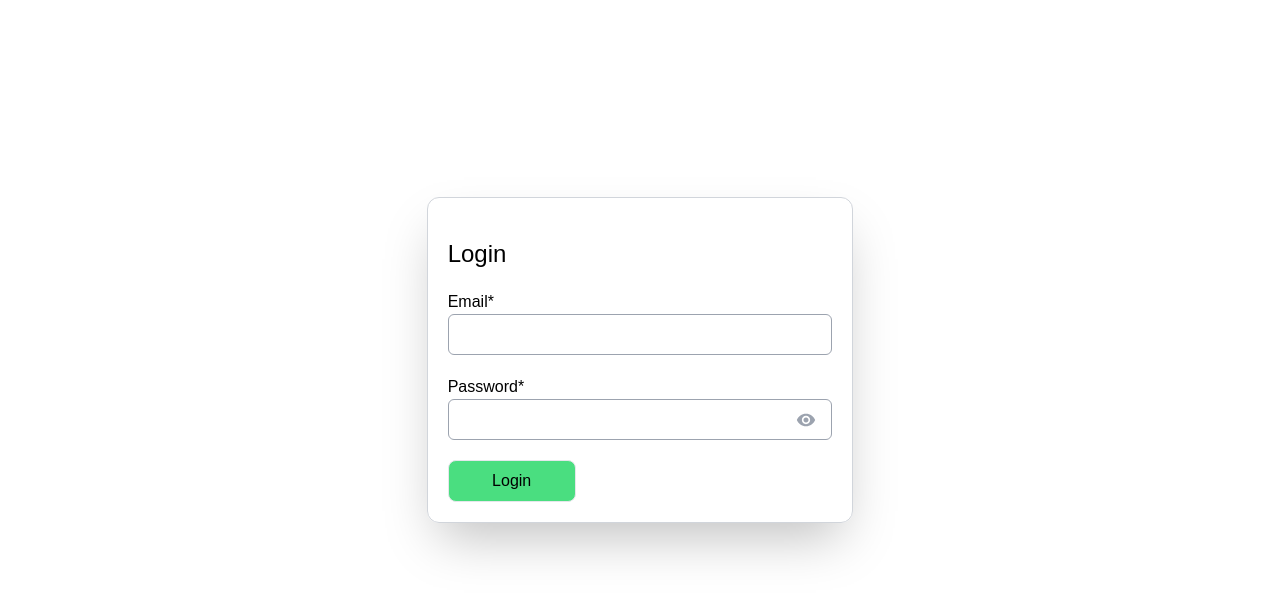
Repository: Qu4ntumGuy/support-ai
Page: /auth (app in frontend/)
The author's editor kept a copy of each file at every save. The page is drawn from the files as they stood at one save, then again after the next save.
The browser window is 1280 px wide. The pictures show the whole page.
The project was rebuilt for these pictures with package versions that can differ from the ones it lists, and the page was loaded fresh each time.

Above is the page before, as saved 2024-07-13 18:51:40.

After the next save:
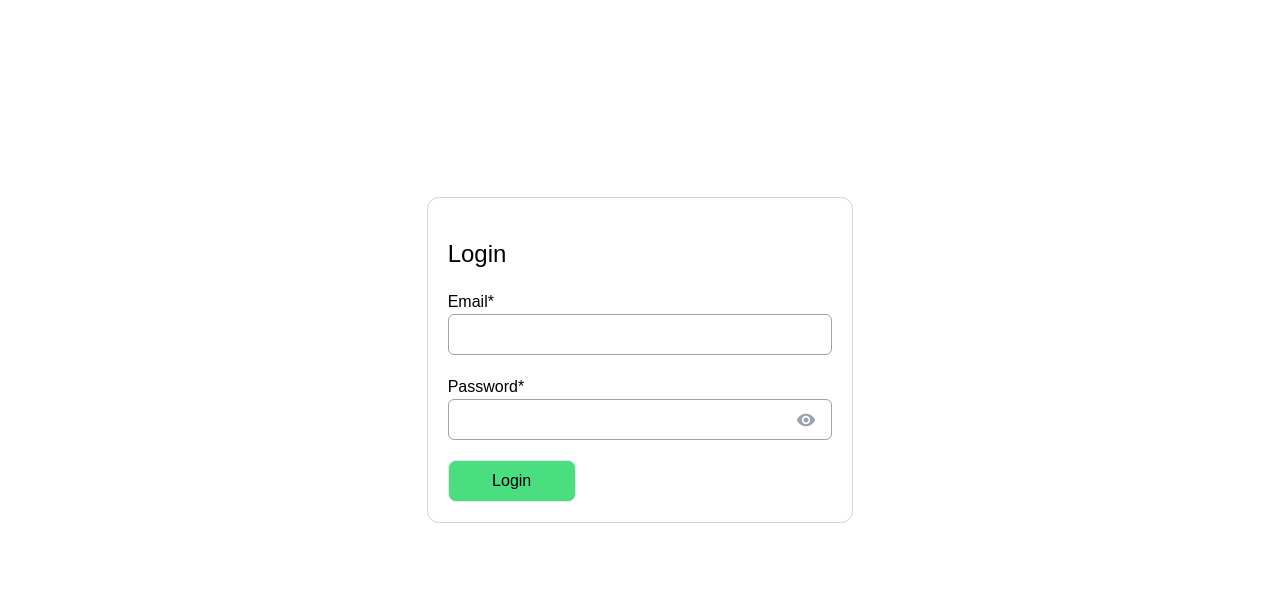
Saved 2 h 29 min later.
--- a/frontend/src/Pages/Auth/Auth.js
+++ b/frontend/src/Pages/Auth/Auth.js
@@ -26,7 +26,7 @@
 
   return (
     <div className="flex h-screen justify-center items-center">
-      <div className="border border-gray-300 rounded-xl p-5 w-full md:w-1/2 m-5 shadow-2xl xl:w-1/3 2xl:w-[30%]">
+      <div className="border border-gray-300 rounded-xl p-5 w-full md:w-1/2 m-5 shadow-3xl xl:w-1/3 2xl:w-[30%]">
         <div className="text-2xl my-5">Login</div>
         <div>
           <form>

After the save that followed:
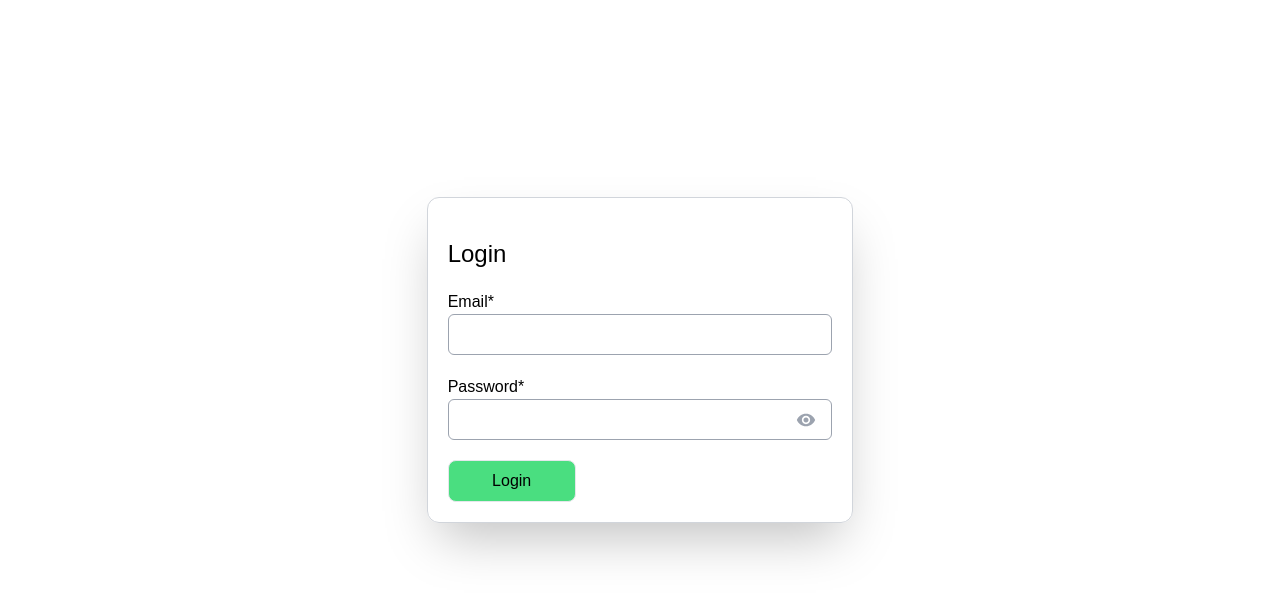
Saved 5 s later.
--- a/frontend/src/Pages/Auth/Auth.js
+++ b/frontend/src/Pages/Auth/Auth.js
@@ -26,7 +26,7 @@
 
   return (
     <div className="flex h-screen justify-center items-center">
-      <div className="border border-gray-300 rounded-xl p-5 w-full md:w-1/2 m-5 shadow-3xl xl:w-1/3 2xl:w-[30%]">
+      <div className="border border-gray-300 rounded-xl p-5 w-full md:w-1/2 m-5 shadow-2xl xl:w-1/3 2xl:w-[30%]">
         <div className="text-2xl my-5">Login</div>
         <div>
           <form>
